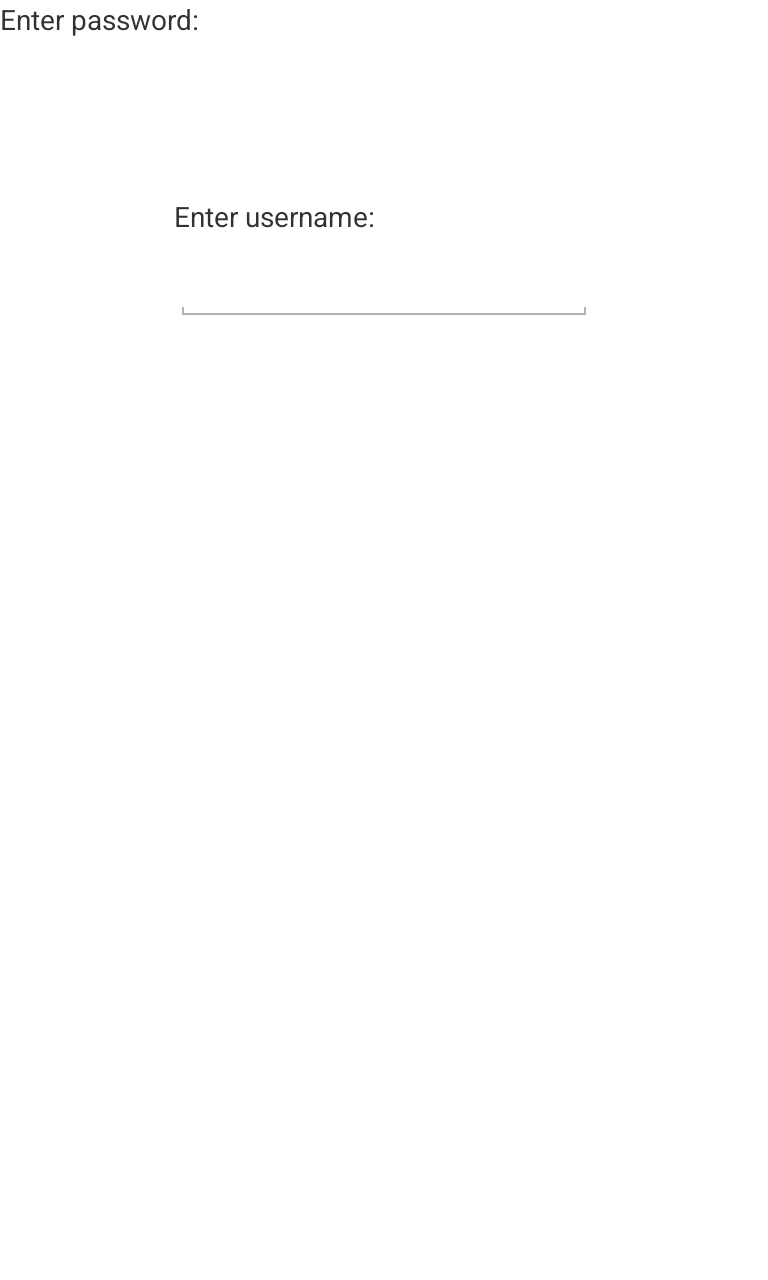
Repository: Codlex/JSMS
Layout: AndroidClient/res/layout/activity_main.xml
The author's editor kept a copy of each file at every save. The layout is drawn from the files as they stood at one save, then again after the next save.
It is drawn on a 768 x 1280 px phone screen (xhdpi) without system bars, with theme AppTheme; the app's code is not run.

Above is the layout before, as saved 2013-01-04 14:29:41.

### AndroidClient/res/layout/activity_main.xml
<RelativeLayout xmlns:android="http://schemas.android.com/apk/res/android"
    xmlns:tools="http://schemas.android.com/tools"
    android:layout_width="match_parent"
    android:layout_height="match_parent"
    tools:context=".MainActivity" >


    <EditText
        android:id="@+id/username1"
        android:layout_width="wrap_content"
        android:layout_height="wrap_content"
        android:layout_alignParentTop="true"
        android:layout_centerHorizontal="true"
        android:layout_marginTop="122dp"
        android:ems="10"
        android:inputType="textPersonName" />

    <TextView
        android:id="@+id/text1"
        android:layout_width="wrap_content"
        android:layout_height="wrap_content"
        android:layout_alignBottom="@+id/username1"
        android:layout_alignLeft="@+id/username1"
        android:layout_alignRight="@+id/username1"
   		android:text="@string/username"
        android:layout_marginBottom="44dp" />

    <TextView
        android:id="@+id/text2"
        android:layout_width="wrap_content"
        android:layout_height="wrap_content"
        android:text="@string/password"
	/>
</RelativeLayout>

### AndroidClient/res/values/strings.xml
<?xml version="1.0" encoding="utf-8"?>
<resources>

    <string name="app_name">AndroidClient</string>
    <string name="hello_world">Hello world!</string>
    <string name="menu_settings">Settings</string>
    <string name="username">Enter username:</string>
    <string name="password">Enter password:</string>

</resources>

Loaded but not shown: AndroidClient/res/values/styles.xml (common file); AndroidClient/res/values-v11/styles.xml (common file); AndroidClient/res/values-v14/styles.xml (common file)

After the next save:
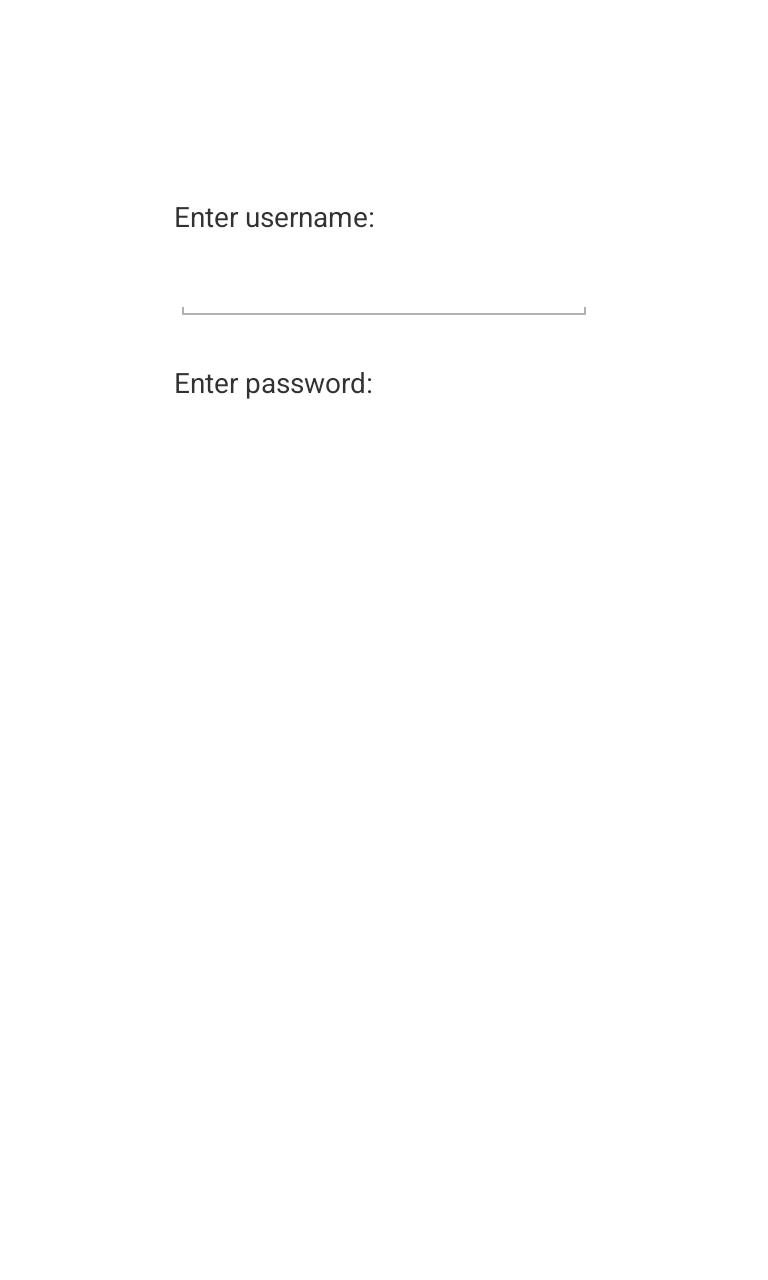
Saved 29 s later.
--- a/AndroidClient/res/layout/activity_main.xml
+++ b/AndroidClient/res/layout/activity_main.xml
@@ -29,6 +29,9 @@
         android:id="@+id/text2"
         android:layout_width="wrap_content"
         android:layout_height="wrap_content"
-        android:text="@string/password"
-	/>
+        android:layout_alignLeft="@+id/username1"
+        android:layout_below="@+id/username1"
+        android:layout_marginTop="20dp"
+        android:text="@string/password" />
+
 </RelativeLayout>
